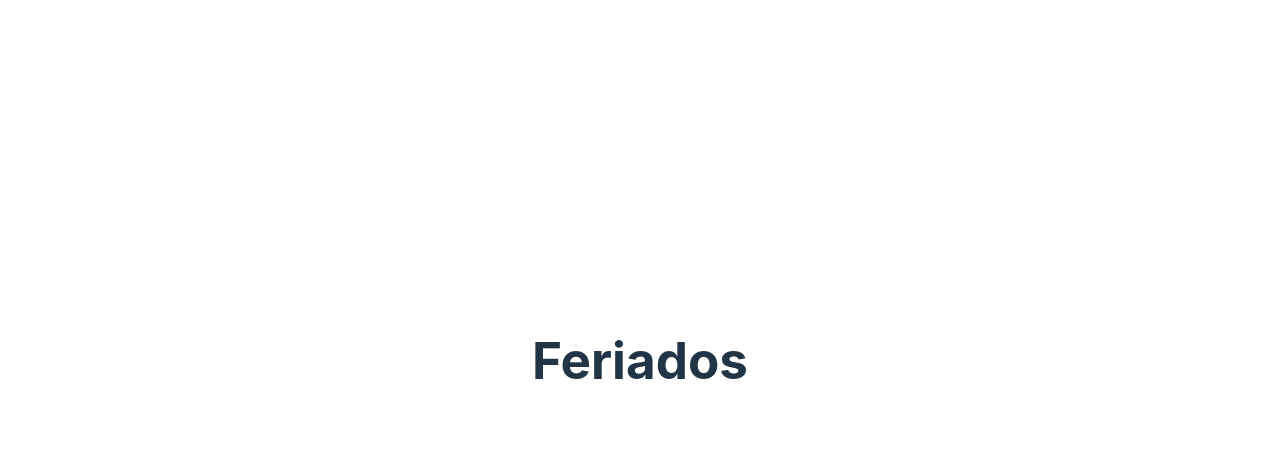
Repository: cvalenciapatagonia/Desafio-4-React-I
Page: /
An editor plug-in stored every save of this project. The page is shown before and after the next save, followed by the edit.
The browser window is 1280 px wide. The pictures show the whole page.
The page's requests for data from a server got no answer. The project was rebuilt for these pictures with package versions that can differ from the ones it lists, and the page was loaded fresh each time. No one was signed in, and anything a server would have sent is missing. Also part of the build but not shown: vite.config.js.

Above is the page before, as saved 2023-09-07 12:42:29.

### index.html
<!doctype html>
<html lang="en">
  <head>
    <meta charset="UTF-8" />
    <link rel="icon" type="image/svg+xml" href="/vite.svg" />
    <meta name="viewport" content="width=device-width, initial-scale=1.0" />
    <title>Desafio 4 React I</title>
  </head>
  <body>
    <div id="root"></div>
    <script type="module" src="/src/main.jsx"></script>
  </body>
</html>

### src/App.jsx
import React, { useEffect, useState } from 'react';
import moment from 'moment'; // Importa moment

function App() {
  const [holidays, setHolidays] = useState([]);

  useEffect(() => {
    // Realizar una solicitud GET a la API
    fetch('URL_DE_TU_API_AQUÍ')
      .then((response) => response.json())
      .then((data) => {
        if (data.status === 'success') {
          setHolidays(data.data);
        }
      })
      .catch((error) => {
        console.error('Error al obtener datos de la API:', error);
      });
  }, []);

  return (
    <div className="App">
      <h1>Feriados</h1>
      <ul>
        {holidays.map((holiday) => (
          <li key={holiday.date}>
            <strong>{holiday.title}</strong> ({moment(holiday.date).format('YYYY-MM-DD')})
          </li>
        ))}
      </ul>
    </div>
  );
}

export default App;



















































// function App() {

//   return (
//     <>
//       <h1>Hola</h1>

//     </>
//   )
// }

// export default App

//? EJEMPLO CONTADOR CON SIDE EFFECT

// import { useState, useEffect } from 'react'
// import './App.css'
// function App() {
// const [count, setCount] = useState(0)
// // Similar to componentDidMount and componentDidUpdate:
// useEffect(() => {
// // Update the document title using the browser API
// document.title = `You clicked ${count} times`
// })
// return (
// <>
// <p>You clicked {count} times</p>
// <button onClick={() => setCount(count + 1)}>Click me</button>
// </>
// )
// }
// export default App

//? EJEMPLO SIN SIDE EFFECT

// import { useState, useEffect } from 'react'
// function App() {
// const [nombre, setNombre] = useState("");
// useEffect(() => {
//     console.log("hola")
//     }, [])

// return (
// <div className="App">
// <h1>Manejo de efectos en react</h1>
// <form>
// <input
// type="text"
// placeholder="nombre"
// name={nombre}
// value={nombre}
// onChange={(e) => setNombre(e.target.value)}
// />
// </form>
// </div>
// );
// }
// export default App

//? EJEMPLO API GOT

// import { useState, useEffect } from "react";
// import "bootstrap/dist/css/bootstrap.min.css";


// function App() {
// // 3 - info guardará los valores traídos desde la API
// const [info, setInfo] = useState([]);
// // 2 - Llamamos a la función consultarApi al momento de montar el componente
// useEffect(() => {
// consultarApi();
// }, []);
// // 1 - Función que consulta la API
// const consultarApi = async () => {
// const url = "https://api.gameofthronesquotes.xyz/v1/random";
// const response = await fetch(url);
// const data = await response.json();
// setInfo(`${data.sentence} - ${data.character.name}`); // Con setInfo actualizamos el estado
// };
// return (
// <>
// {/* Mostramos la info */}
// {info}
// </>
// );
// }
// export default App;

//? EJEMPLO USEREF (evita una nueva renderizacion de componenta, tal como lo hace use state)

// import { useRef} from 'react'
// import { useEffect } from "react";

// import './App.css'
// import "bootstrap/dist/css/bootstrap.min.css";

// function App() {
// // Creamos una referencia utilizando useRef() y la asignamos a la
// // constante inputRef, esta referencia permitirá acceder al elemento del DOM correspondiente al campo de entrada
// const inputRef = useRef()
// useEffect(() => {
//     // Dentro de esta función, llamamos a la referencia inputRef.current
// // para tener acceso directo al elemento actual al que se está haciendo referencia e invocamos al método focus()
// inputRef.current.focus();
// }, []);
// return (
// <>
// <h1>Ejemplo useRef - Focus automático</h1>
// {/* // El atributo ref={inputRef} asigna la referencia al campo de entrada, esto permitirá acceder a él y aplicar el enfoque. */}
// <input type="text" placeholder="Nombre" ref={inputRef}/>
// <input type="text" placeholder="Correo electrónico" />
// <input type="text" placeholder="Teléfono" />
// </>
// )
// }
// export default App;

//? DOM VIRTUAL

//? MANEJO DE EFECTOS

### src/components/MiApi.jsx

// function ApiComponent () {
//     return (



//     );
// }

// export default ApiComponent;

Loaded but not shown: src/main.jsx (common file); src/index.css (common file); src/App.css (common file)

After the next save:
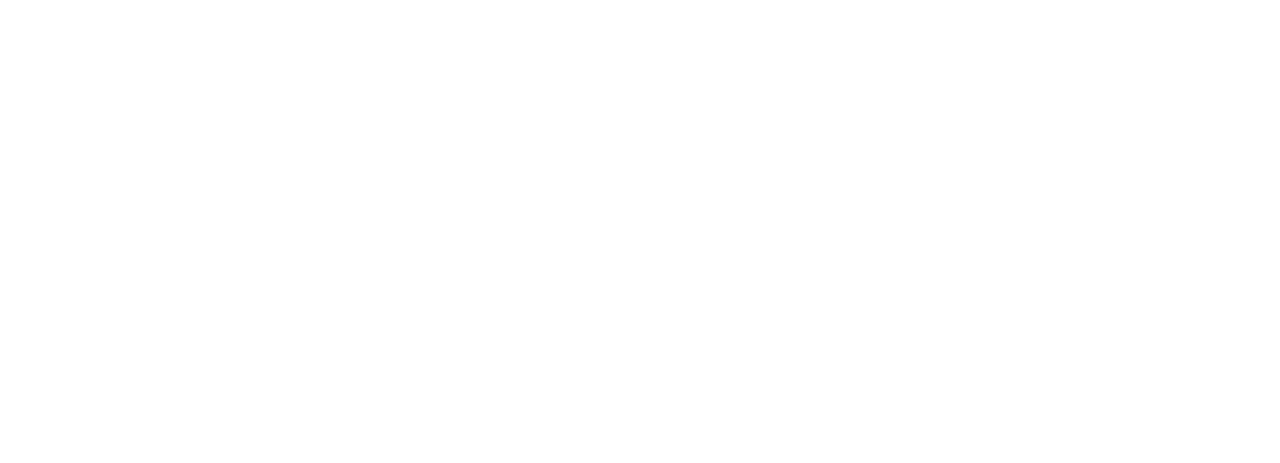
Console error (its wording comes from the project's code and is left out).
Saved 3 min 29 s later.
--- a/src/App.jsx
+++ b/src/App.jsx
@@ -1,43 +1,17 @@
-import React, { useEffect, useState } from 'react';
-import moment from 'moment'; // Importa moment
+import React from 'react';
+import './App.css';
+import MiApi from './components/MiApi'; // Importa el componente MiApi
 
 function App() {
-  const [holidays, setHolidays] = useState([]);
-
-  useEffect(() => {
-    // Realizar una solicitud GET a la API
-    fetch('URL_DE_TU_API_AQUÍ')
-      .then((response) => response.json())
-      .then((data) => {
-        if (data.status === 'success') {
-          setHolidays(data.data);
-        }
-      })
-      .catch((error) => {
-        console.error('Error al obtener datos de la API:', error);
-      });
-  }, []);
-
   return (
     <div className="App">
-      <h1>Feriados</h1>
-      <ul>
-        {holidays.map((holiday) => (
-          <li key={holiday.date}>
-            <strong>{holiday.title}</strong> ({moment(holiday.date).format('YYYY-MM-DD')})
-          </li>
-        ))}
-      </ul>
+      <h1>Mi Aplicación</h1>
+      <MiApi apiURL="https://api.victorsanmartin.com/feriados/en.json" /> {/* Pasa la URL de la API como prop al componente MiApi */}
     </div>
   );
 }
 
 export default App;
-
-
-
-
-
 
 
 

After the save that followed:
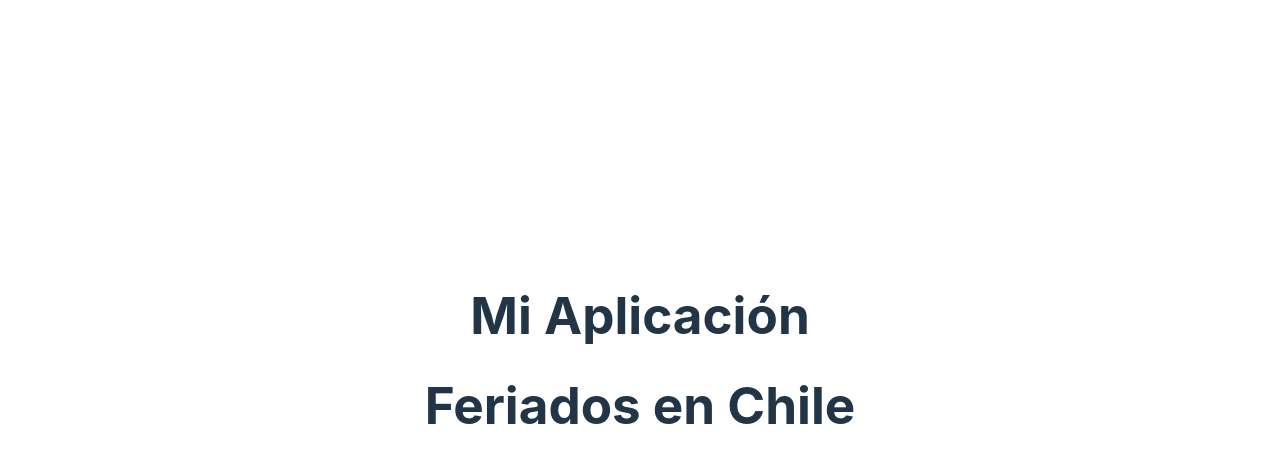
The error is gone.
Saved 2 s later.
--- a/src/components/MiApi.jsx
+++ b/src/components/MiApi.jsx
@@ -1,10 +1,34 @@
+import React, { useEffect, useState } from 'react';
 
-// function ApiComponent () {
-//     return (
+function MiApi({ apiURL }) {
+  const [holidays, setHolidays] = useState([]);
 
+  useEffect(() => {
+    // Realizar una solicitud GET a la API de feriados de Chile
+    fetch(apiURL)
+      .then((response) => response.json())
+      .then((data) => {
+        if (data.status === 'success') {
+          setHolidays(data.data);
+        }
+      })
+      .catch((error) => {
+        console.error('Error al obtener datos de la API de feriados de Chile:', error);
+      });
+  }, [apiURL]); // Agrega apiURL como una dependencia
 
+  return (
+    <div className="MiApi">
+      <h1>Feriados en Chile</h1>
+      <ul>
+        {holidays.map((holiday) => (
+          <li key={holiday.date}>
+            <strong>{holiday.title}</strong> ({holiday.date})
+          </li>
+        ))}
+      </ul>
+    </div>
+  );
+}
 
-//     );
-// }
-
-// export default ApiComponent;
+export default MiApi;
